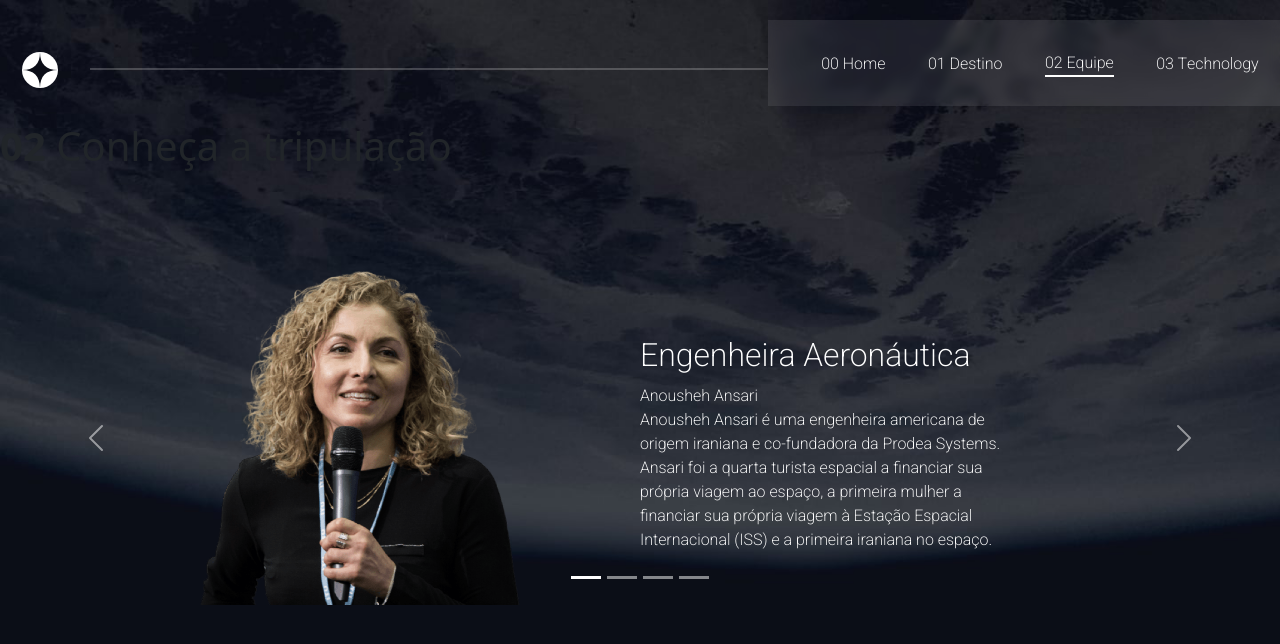
Repository: Leonngc/space-site
Page: crew-commander.html
These files come from the project's save history. The page is drawn as it stood at one moment and after a run of saves; the edit follows.
The browser window is 1280 px wide. The pictures show the whole page.

Above is the page before, as saved 2023-05-01 16:17:24.

After the next 3 saves:
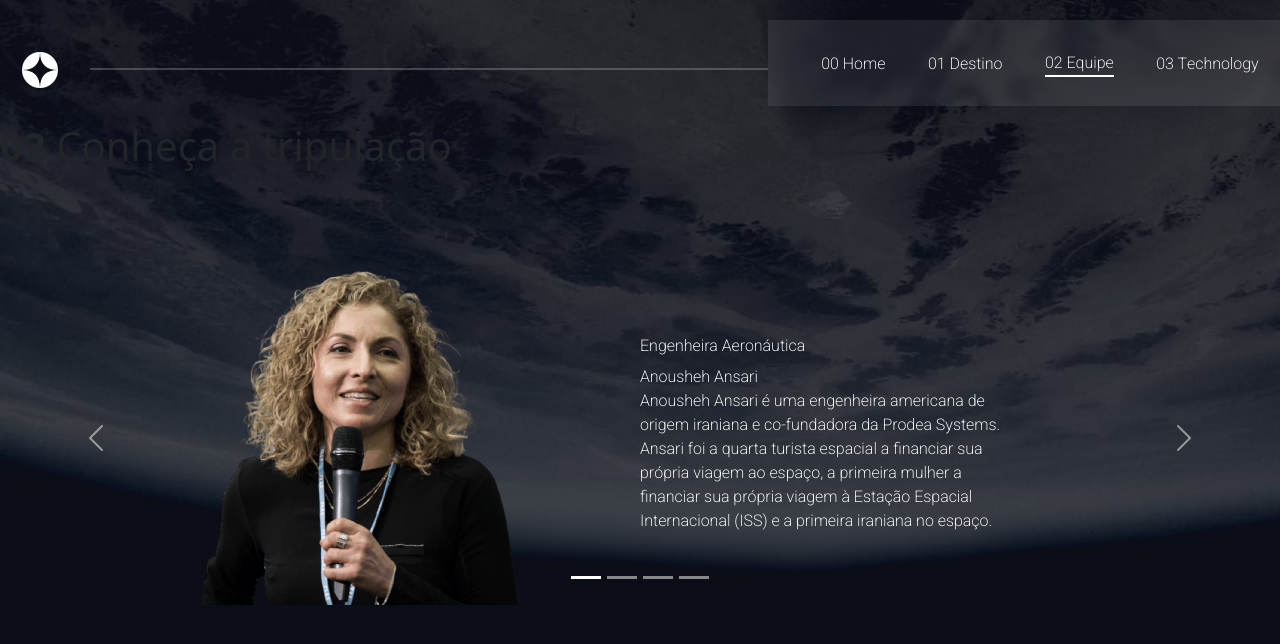
The 3 saves are shown as one change because they came seconds apart.
The last was saved 49 s later.
--- a/starter-code/styles/crew.css
+++ b/starter-code/styles/crew.css
@@ -37,5 +37,5 @@ body{
 }
 
 .text-box > h2{
-    font-size: ;
+    font-size: 16px;
 }
